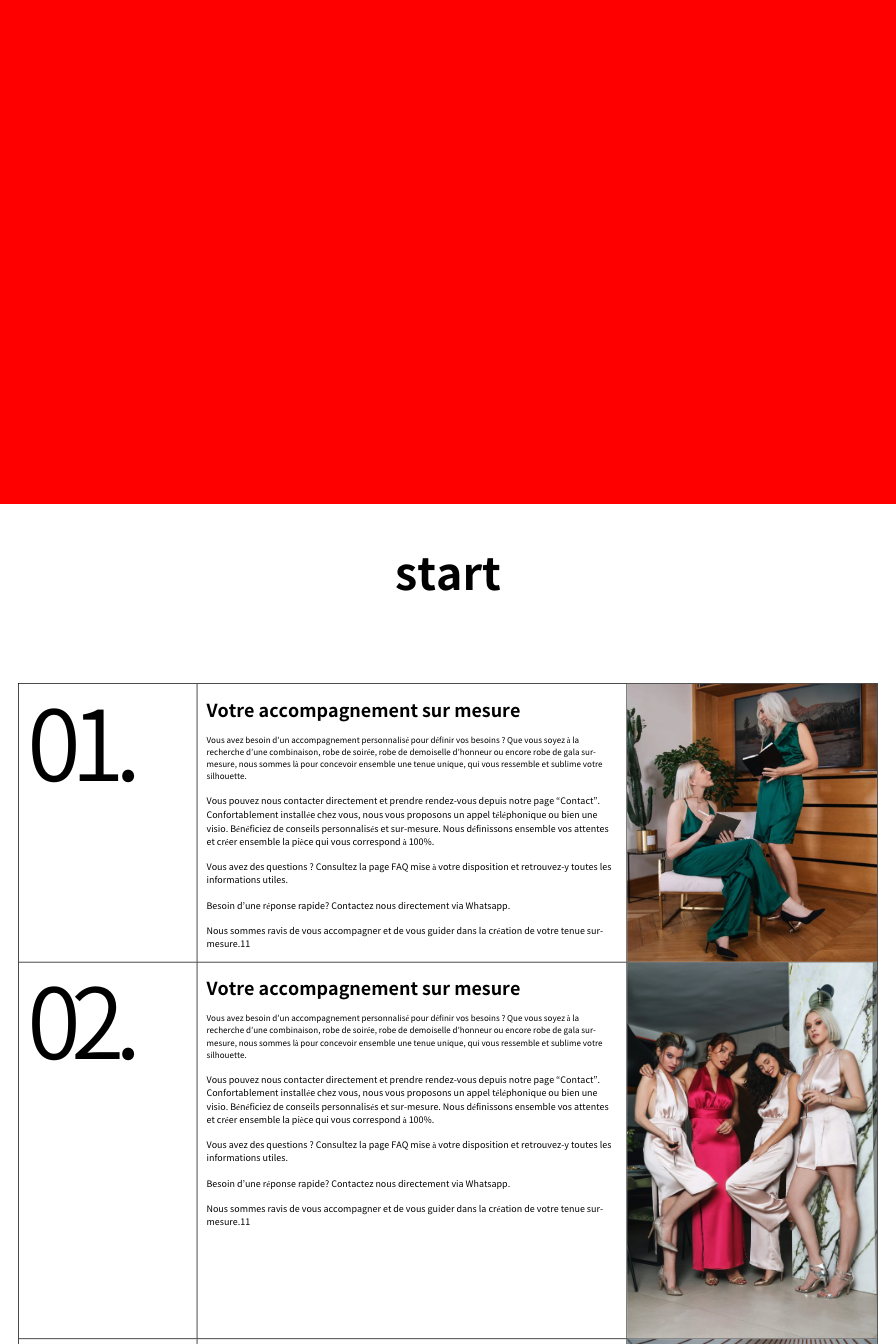
Repository: lwygold/motion
Page: layout/위로 하나씩 붙는 그리드.html
An editor plug-in stored every save of this project. The page is shown before and after the next save, followed by the edit.
The browser window is 1280 px wide. The pictures show the part of the page from y = 0 to 1920 px (the page is 4213 px tall before and 6794 px after), at 70% of full size.

Above is the page before, as saved 2023-03-28 10:11:35.
Console error: SyntaxError: Unexpected token 'const'

### layout/위로 하나씩 붙는 그리드.html
<!DOCTYPE html>
<html lang="ko">

<head>
    <meta http-equiv="Content-Type" content="text/html;charset=utf-8" />
    <meta name="viewport" content="width=device-width, user-scalable=no, target-densitydpi=medium-dpi" />
    <meta name="apple-mobile-web-app-capable" content="yes" />
    <meta name="format-detection" content="telephone=no" />
    <meta http-equiv="X-UA-Compatible" content="IE=edge" />
    <meta http-equiv="x-rim-auto-match" content="none" />
    <link rel="shortcut icon" href="./images/favicon.ico" />
    <link rel="stylesheet" type="text/css" href="../assets/css/slick.css" />
    <link rel="stylesheet" type="text/css" href="../assets/css/common.css" />
    <!-- <link rel="stylesheet" type="text/css" href="../assets/css/main.css" />
    <link rel="stylesheet" type="text/css" href="../assets/css/sub.css" /> -->
    <title>테스트</title>
    <script src="../assets/js/jquery-3.3.1.min.js"></script>
    <script src="../assets/js/jquery-ui.min.js"></script>
    <script src="../assets/js/slick.min.js"></script>
    <script src="../assets/js/gsap.js"></script>
    <script src="../assets/js/gsap_scroll_trigger.js"></script>
    <script src="../assets/js/green.js"></script>
    <script src="../assets/js/common.js"></script>
    <script src="../assets/js/main.js"></script>
    <script src="../assets/js/sub.js"></script>
</head>

<style>
    section {
        max-width: 100%;
        padding: 0 2%;
        box-sizing: border-box;
    }

    section.top {
        width: 100vw;
        height: 100vh;
        background: red;
    }

    section.bottom {
        width: 100vw;
        height: 100vh;
        background: blue;
    }

    h2 {
        font-size: 5vw;
        text-align: center;
        margin: 5vw 0;
    }

    .grid__wrap {
        padding: 5vw 0;
    }

    .grid {
        border: 1px solid #000;
        box-sizing: border-box;
    }

    .grid__li1 {
        border-bottom: 1px solid #000;
        display: grid;
        grid-template-columns: repeat(24, minmax(0, 1fr));
        grid-template-rows: min-content minmax(0, 1fr);
    }

    .grid__li1>div:first-child {
        border-right: 1px solid #000;
        grid-column-start: 1;
        grid-column-end: 6;
        box-sizing: border-box;
        padding: 1vw;
    }

    .grid__li1>div:nth-child(2) {
        border-right: 1px solid #000;
        grid-column-start: 6;
        grid-column-end: 18;
        box-sizing: border-box;
    }

    .grid__li1>div:nth-child(3) {
        grid-column-start: 18;
        grid-column-end: 25;
    }

    .grid__li1>div:first-child span {
        font-size: 3.3vw;
        font-weight: 300;
        transform: scale(3.3);
        transform-origin: top left;
        display: inline-block;
        letter-spacing: -0.1em;
    }

    .grid__li1>div:nth-child(2) h3 {
        font-size: 2vw;
        line-height: 1.5;
        color: #000;
        padding: 1.3vw 1vw;
    }

    .grid__li1>div:nth-child(2)>p {
        font-size: 0.9vw;
        color: #000;
        margin-bottom: 1.3vw;
        line-height: 1.5;
        padding: 0 1vw;
    }

    .grid__li1>div:nth-child(2)>div>p {
        font-size: 1vw;
        line-height: 1.5;
        color: #000;
        margin-bottom: 1.3vw;
        padding: 0 1vw;
    }

    .grid__li1>div:nth-child(3) img {
        width: 100%;
        height: 100%;
        object-fit: cover;
    }
</style>

<body>

    <section class="top"></section>
    <section class="start">

        <div>
            <h2>start</h2>
            <div class="grid__wrap">
                <ul class="grid">
                    <li class="grid__li1">
                        <div>
                            <span>01.</span>
                        </div>
                        <div>
                            <h3>
                                Votre accompagnement sur mesure
                            </h3>
                            <p>
                                Vous avez besoin d’un accompagnement personnalisé pour définir vos besoins ?
                                Que vous soyez à la recherche d’une combinaison, robe de soirée, robe de demoiselle
                                d’honneur ou encore robe de gala sur-mesure, nous sommes là pour concevoir ensemble une
                                tenue unique, qui vous ressemble et sublime votre silhouette.
                            </p>
                            <div>
                                <p>Vous pouvez nous contacter directement et prendre rendez-vous depuis notre page
                                    “Contact”. Confortablement installée chez vous, nous vous proposons un appel
                                    téléphonique ou bien une visio. Bénéficiez de conseils personnalisés et sur-mesure.
                                    Nous définissons ensemble vos attentes et créer ensemble la pièce qui vous
                                    correspond à 100%.</p>
                                <p>Vous avez des questions ? Consultez la page FAQ mise à votre disposition et
                                    retrouvez-y toutes les informations utiles.</p>
                                <p>Besoin d’une réponse rapide? Contactez nous directement via Whatsapp.</p>
                                <p> Nous sommes ravis de vous accompagner et de vous guider dans la création de votre
                                    tenue sur-mesure.11</p>
                            </div>
                        </div>
                        <div>
                            <img src="./images/11.png" alt="">
                        </div>
                    </li>
                    <li class="grid__li1">
                        <div>
                            <span>02.</span>
                        </div>
                        <div>
                            <h3>
                                Votre accompagnement sur mesure
                            </h3>
                            <p>
                                Vous avez besoin d’un accompagnement personnalisé pour définir vos besoins ?
                                Que vous soyez à la recherche d’une combinaison, robe de soirée, robe de demoiselle
                                d’honneur ou encore robe de gala sur-mesure, nous sommes là pour concevoir ensemble une
                                tenue unique, qui vous ressemble et sublime votre silhouette.
                            </p>
                            <div>
                                <p>Vous pouvez nous contacter directement et prendre rendez-vous depuis notre page
                                    “Contact”. Confortablement installée chez vous, nous vous proposons un appel
                                    téléphonique ou bien une visio. Bénéficiez de conseils personnalisés et sur-mesure.
                                    Nous définissons ensemble vos attentes et créer ensemble la pièce qui vous
                                    correspond à 100%.</p>
                                <p>Vous avez des questions ? Consultez la page FAQ mise à votre disposition et
                                    retrouvez-y toutes les informations utiles.</p>
                                <p>Besoin d’une réponse rapide? Contactez nous directement via Whatsapp.</p>
                                <p> Nous sommes ravis de vous accompagner et de vous guider dans la création de votre
                                    tenue sur-mesure.11</p>
                            </div>
                        </div>
                        <div>
                            <img src="./images/22.png" alt="">
                        </div>
                    </li>
                    <li class="grid__li1">
                        <div>
                            <span>03.</span>
                        </div>
                        <div>
                            <h3>
                                Votre accompagnement sur mesure
                            </h3>
                            <p>
                                Vous avez besoin d’un accompagnement personnalisé pour définir vos besoins ?
                                Que vous soyez à la recherche d’une combinaison, robe de soirée, robe de demoiselle
                                d’honneur ou encore robe de gala sur-mesure, nous sommes là pour concevoir ensemble une
                                tenue unique, qui vous ressemble et sublime votre silhouette.
                            </p>
                            <div>
                                <p>Vous pouvez nous contacter directement et prendre rendez-vous depuis notre page
                                    “Contact”. Confortablement installée chez vous, nous vous proposons un appel
                                    téléphonique ou bien une visio. Bénéficiez de conseils personnalisés et sur-mesure.
                                    Nous définissons ensemble vos attentes et créer ensemble la pièce qui vous
                                    correspond à 100%.</p>
                                <p>Vous avez des questions ? Consultez la page FAQ mise à votre disposition et
                                    retrouvez-y toutes les informations utiles.</p>
                                <p>Besoin d’une réponse rapide? Contactez nous directement via Whatsapp.</p>
                                <p> Nous sommes ravis de vous accompagner et de vous guider dans la création de votre
                                    tenue sur-mesure.11</p>
                            </div>
                        </div>
                        <div>
                            <img src="./images/33.png" alt="">
                        </div>
                    </li>
                    <li class="grid__li1">
                        <div>
                            <span>04.</span>
                        </div>
                        <div>
                            <h3>
                                Votre accompagnement sur mesure
                            </h3>
                            <p>
                                Vous avez besoin d’un accompagnement personnalisé pour définir vos besoins ?
                                Que vous soyez à la recherche d’une combinaison, robe de soirée, robe de demoiselle
                                d’honneur ou encore robe de gala sur-mesure, nous sommes là pour concevoir ensemble une
                                tenue unique, qui vous ressemble et sublime votre silhouette.
                            </p>
                            <div>
                                <p>Vous pouvez nous contacter directement et prendre rendez-vous depuis notre page
                                    “Contact”. Confortablement installée chez vous, nous vous proposons un appel
                                    téléphonique ou bien une visio. Bénéficiez de conseils personnalisés et sur-mesure.
                                    Nous définissons ensemble vos attentes et créer ensemble la pièce qui vous
                                    correspond à 100%.</p>
                                <p>Vous avez des questions ? Consultez la page FAQ mise à votre disposition et
                                    retrouvez-y toutes les informations utiles.</p>
                                <p>Besoin d’une réponse rapide? Contactez nous directement via Whatsapp.</p>
                                <p> Nous sommes ravis de vous accompagner et de vous guider dans la création de votre
                                    tenue sur-mesure.11</p>
                            </div>
                        </div>
                        <div>
                            <img src="./images/44.png" alt="">
                        </div>
                    </li>
                    <li class="grid__li1">
                        <div>
                            <span>05.</span>
                        </div>
                        <div>
                            <h3>
                                Votre accompagnement sur mesure
                            </h3>
                            <p>
                                Vous avez besoin d’un accompagnement personnalisé pour définir vos besoins ?
                                Que vous soyez à la recherche d’une combinaison, robe de soirée, robe de demoiselle
                                d’honneur ou encore robe de gala sur-mesure, nous sommes là pour concevoir ensemble une
                                tenue unique, qui vous ressemble et sublime votre silhouette.
                            </p>
                            <div>
                                <p>Vous pouvez nous contacter directement et prendre rendez-vous depuis notre page
                                    “Contact”. Confortablement installée chez vous, nous vous proposons un appel
                                    téléphonique ou bien une visio. Bénéficiez de conseils personnalisés et sur-mesure.
                                    Nous définissons ensemble vos attentes et créer ensemble la pièce qui vous
                                    correspond à 100%.</p>
                                <p>Vous avez des questions ? Consultez la page FAQ mise à votre disposition et
                                    retrouvez-y toutes les informations utiles.</p>
                                <p>Besoin d’une réponse rapide? Contactez nous directement via Whatsapp.</p>
                                <p> Nous sommes ravis de vous accompagner et de vous guider dans la création de votre
                                    tenue sur-mesure.11</p>
                            </div>
                        </div>
                        <div>
                            <img src="./images/55.png" alt="">
                        </div>
                    </li>
                </ul>
            </div>
        </div>

    </section>
    <section class="bottom"></section>





    <script>

        $(function () {

            gsap.registerPlugin(ScrollTrigger);

            const h1 =
            const t1 = gsap.timeline({
                scrollTrigger: {
                    trigger: '.grid__wrap',
                    start: "top top",
                    // end: "+="+img*10,
                    pin: true,
                    scrub: true,
                    markers: true,
                }
            });


            t1.to({

            })





        });

    </script>
</body>

</html>

Loaded but not shown: assets/css/slick.css (common file); assets/js/jquery-3.3.1.min.js (library); assets/js/jquery-ui.min.js (library); assets/js/slick.min.js (library); assets/js/gsap.js (library); assets/js/gsap_scroll_trigger.js (library); assets/js/green.js (187 lines, source omitted); assets/js/main.js (17 lines, source omitted); assets/js/common.js (7 lines, source omitted); assets/js/sub.js (3 lines, source omitted); assets/css/common.css (619 lines, source omitted)

After the next save:
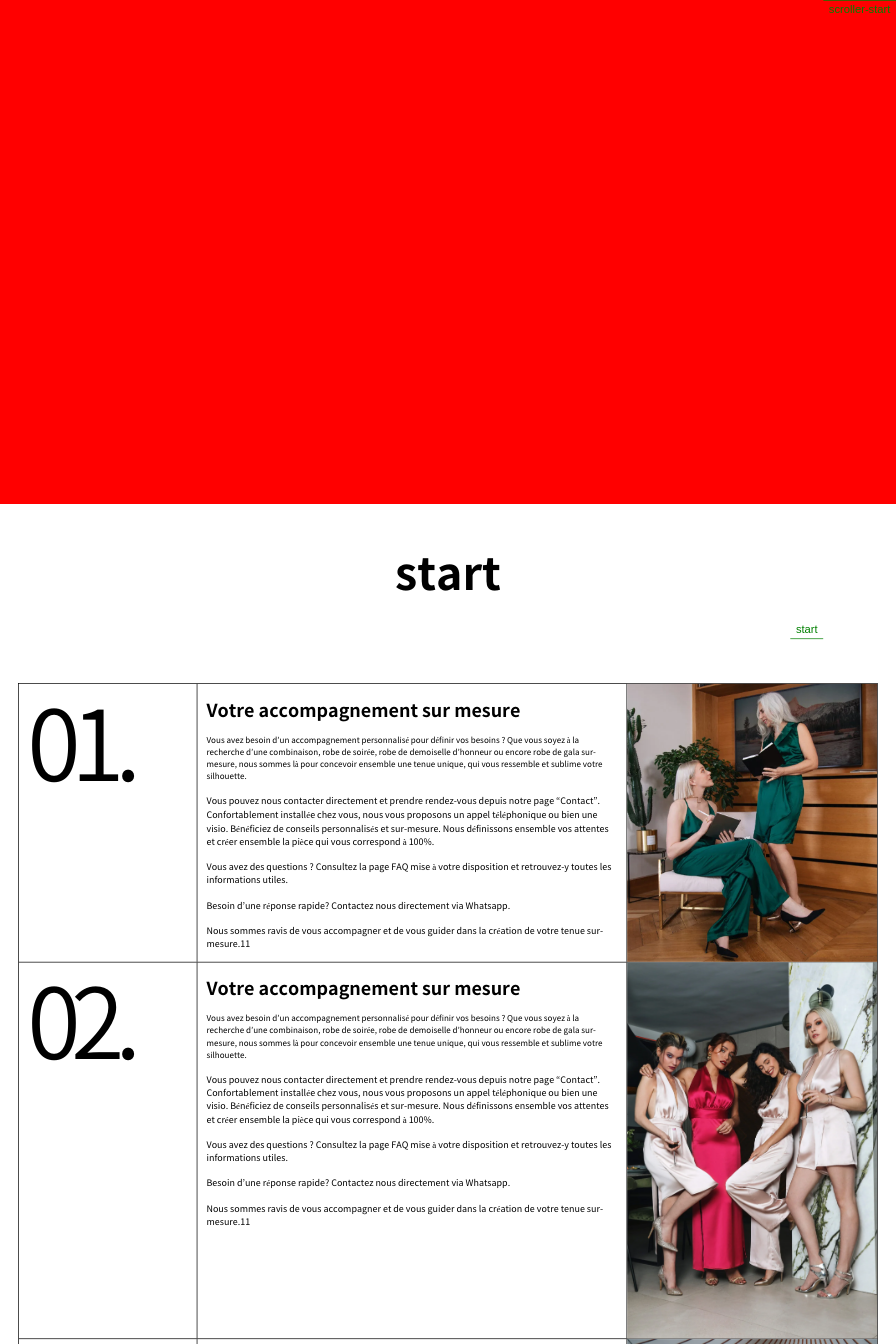
Console error: TypeError: Cannot set properties of undefined (setting 'parent')
Saved 22 s later.
--- a/layout/위로 하나씩 붙는 그리드.html
+++ b/layout/위로 하나씩 붙는 그리드.html
@@ -306,7 +306,8 @@
 
             gsap.registerPlugin(ScrollTrigger);
 
-            const h1 =
+            const h1 = $('.grid__li1>div:nth-child(2) h3').height();
+            console.log(h1);
             const t1 = gsap.timeline({
                 scrollTrigger: {
                     trigger: '.grid__wrap',

After the 5 saves that followed:
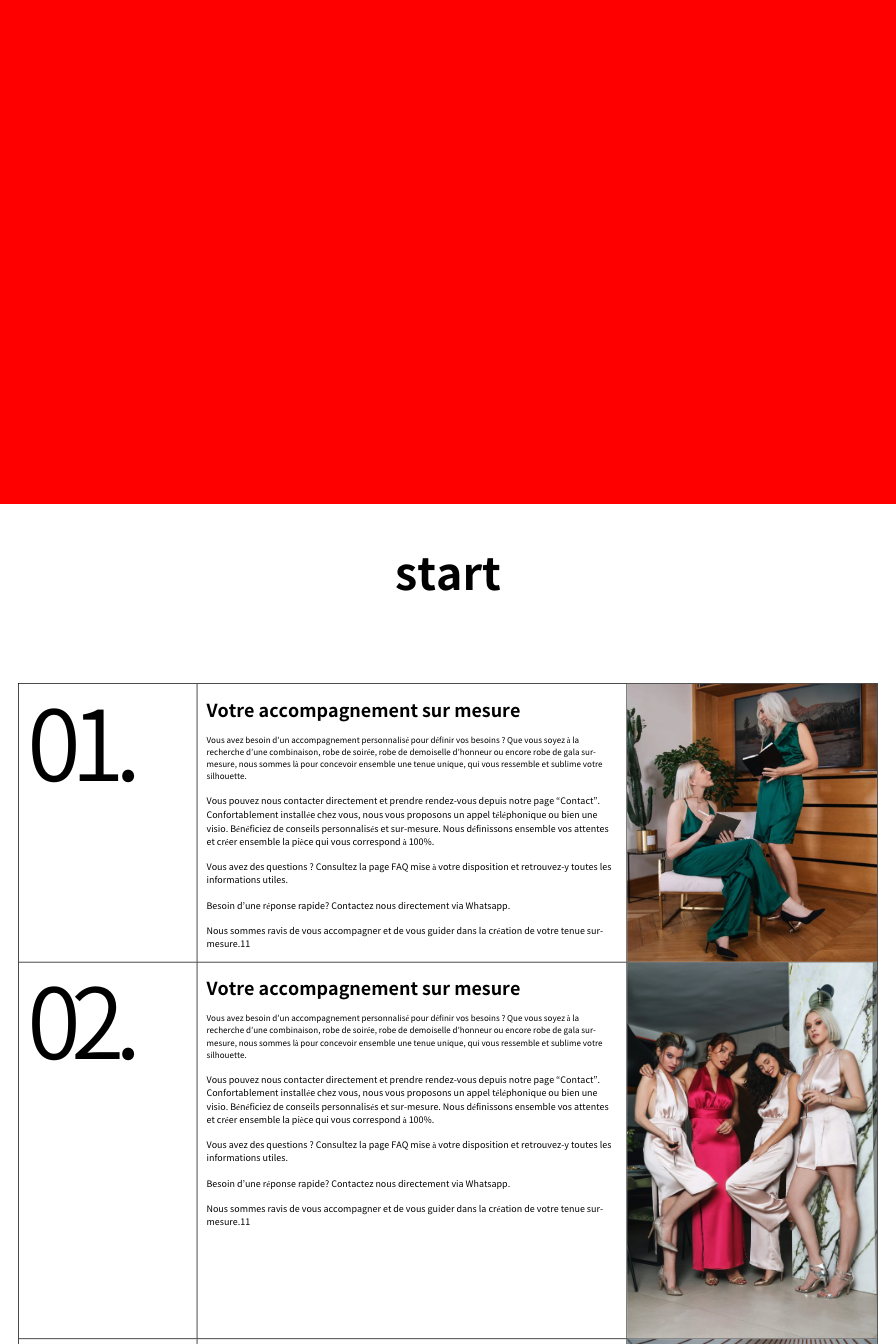
Console error (its wording comes from the project's code and is left out).
The 5 saves are shown as one change because 4 left the picture as it was.
The last was saved 14 min 10 s later.
--- a/layout/위로 하나씩 붙는 그리드.html
+++ b/layout/위로 하나씩 붙는 그리드.html
@@ -306,7 +306,8 @@
 
             gsap.registerPlugin(ScrollTrigger);
 
-            const h1 = $('.grid__li1>div:nth-child(2) h3').height();
+            const h1 = $('.grid__li1>div:nth-child(2) h3').outerHeight();
+            const panels = gsap.utils.toArray("..grid__li1");
             console.log(h1);
             const t1 = gsap.timeline({
                 scrollTrigger: {
@@ -320,8 +321,8 @@
             });
 
 
-            t1.to({
-
+            t1.to(".grid__li1",{
+                y: -100+"%",
             })
 
 
